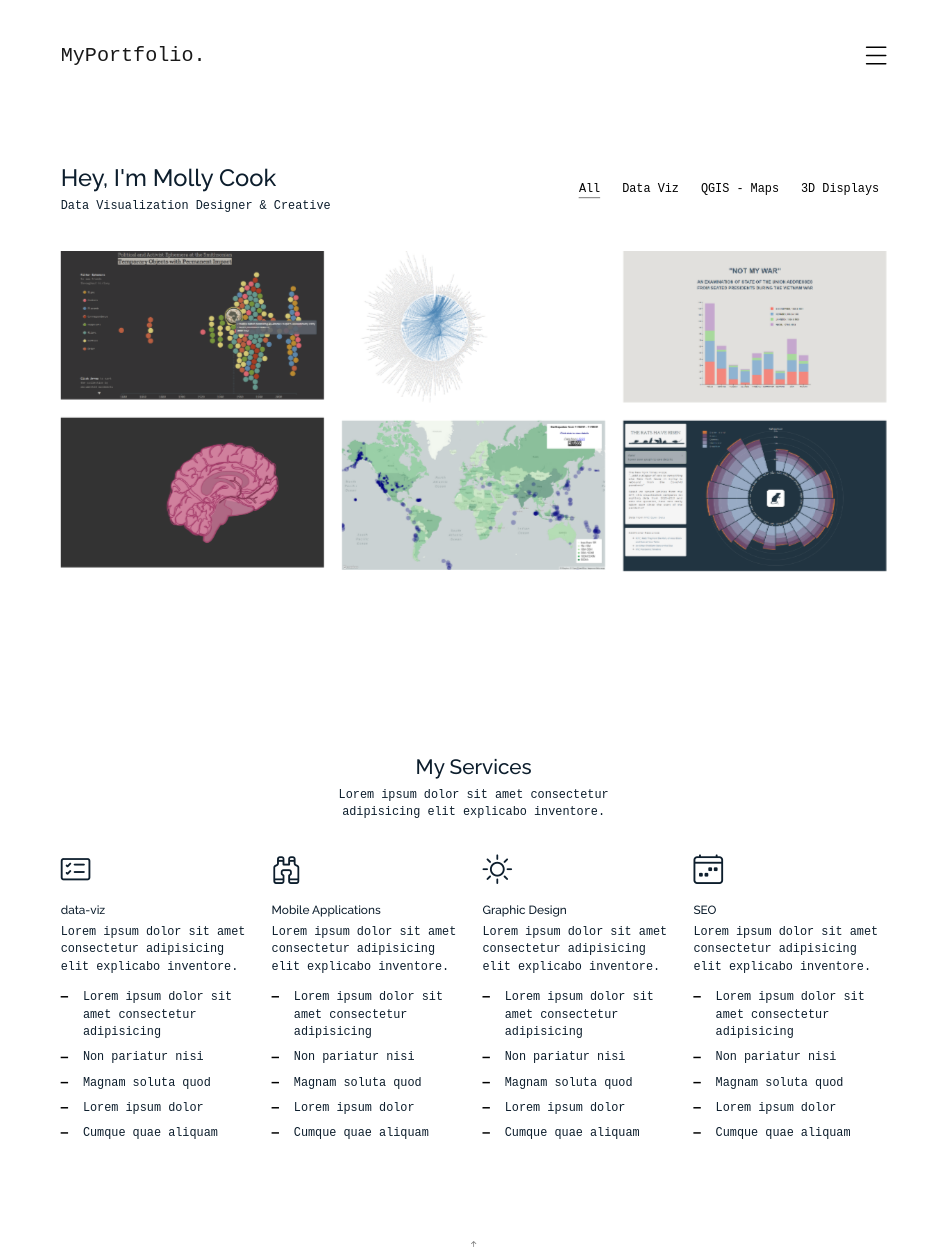
Repository: m0llyc00k/portfolio-2
Page: index.html
The author's editor kept a record of every edit. The page is drawn from the files as they stood at one moment, then again after the next edit.
The browser window is 1280 px wide. The pictures show the whole page, at 74% of full size.
Some web fonts or font styles are not loaded; a fallback is used.

Above is the page before.

### index.html
<!DOCTYPE html>
<html lang="en">

<head>
  <meta charset="utf-8">
  <meta content="width=device-width, initial-scale=1.0" name="viewport">

  <title>Molly Cook's Portfolio</title>
  <meta content="" name="description">
  <meta content="" name="keywords">

  <!-- Favicons -->
  <link href="assets/img/favicon.png" rel="icon">
  <link href="assets/img/apple-touch-icon.png" rel="apple-touch-icon">

  <!-- Google Fonts -->
  <link href="https://fonts.googleapis.com/css?family=https://fonts.googleapis.com/css?family=Inconsolata:400,500,600,700|Raleway:400,400i,500,500i,600,600i,700,700i" rel="stylesheet">

  <!-- Vendor CSS Files -->
  <link href="assets/vendor/aos/aos.css" rel="stylesheet">
  <link href="assets/vendor/bootstrap/css/bootstrap.min.css" rel="stylesheet">
  <link href="assets/vendor/bootstrap-icons/bootstrap-icons.css" rel="stylesheet">
  <link href="assets/vendor/swiper/swiper-bundle.min.css" rel="stylesheet">

  <!-- Template Main CSS File -->
  <link href="assets/css/style.css" rel="stylesheet">

  <!-- =======================================================
  * Template Name: MyPortfolio - v4.7.0
  * Template URL: https://bootstrapmade.com/myportfolio-bootstrap-portfolio-website-template/
  * Author: BootstrapMade.com
  * License: https://bootstrapmade.com/license/
  ======================================================== -->
</head>

<body>

  <!-- ======= Navbar ======= -->
  <div class="collapse navbar-collapse custom-navmenu" id="main-navbar">
    <div class="container py-2 py-md-5">
      <div class="row align-items-start">
        <div class="col-md-2">
          <ul class="custom-menu">
            <li class="active"><a href="index.html">Home</a></li>
            <li><a href="about.html">About Me</a></li>
            <li><a href="services.html">Services</a></li>
            <li><a href="works.html">Works</a></li>
            <li><a href="contact.html">Contact</a></li>
          </ul>
        </div>
        <div class="col-md-6 d-none d-md-block  mr-auto">
          <div class="tweet d-flex">
            <span class="bi bi-twitter text-white mt-2 mr-3"></span>
            <div>
              <p><em>Lorem ipsum dolor sit amet consectetur adipisicing elit. Quisquam necessitatibus incidunt ut officiis explicabo inventore. <br> <a href="#">t.co/v82jsk</a></em></p>
            </div>
          </div>
        </div>
        <div class="col-md-4 d-none d-md-block">
          <h3>Hire Me</h3>
          <p>Lorem ipsum dolor sit amet consectetur adipisicing elit. Quisquam necessitatibus incidunt ut officiisexplicabo inventore. <br> <a href="#">myemail@gmail.com</a></p>
        </div>
      </div>

    </div>
  </div>

  <nav class="navbar navbar-light custom-navbar">
    <div class="container">
      <a class="navbar-brand" href="index.html">MyPortfolio.</a>
      <a href="#" class="burger" data-bs-toggle="collapse" data-bs-target="#main-navbar">
        <span></span>
      </a>
    </div>
  </nav>

  <main id="main">

    <!-- ======= Works Section ======= -->
    <section class="section site-portfolio">
      <div class="container">
        <div class="row mb-5 align-items-center">
          <div class="col-md-12 col-lg-6 mb-4 mb-lg-0" data-aos="fade-up">
            <h2>Hey, I'm Molly Cook</h2>
            <p class="mb-0">Data Visualization Designer &amp; Creative</p>
          </div>
          <div class="col-md-12 col-lg-6 text-start text-lg-end" data-aos="fade-up" data-aos-delay="100">
            <div id="filters" class="filters">
              <a href="#" data-filter="*" class="active">All</a>
              <a href="#" data-filter=".data-viz">Data Viz</a>
              <a href="#" data-filter=".design">QGIS - Maps</a>
              <!--<a href="#" data-filter=".branding">Branding</a>-->
              <a href="#" data-filter=".photography">3D Displays</a>
            </div>
          </div>
        </div>

        <div id="portfolio-grid" class="row no-gutter" data-aos="fade-up" data-aos-delay="200">
          <div class="item data-viz col-sm-6 col-md-4 col-lg-4 mb-4">
            <a href="work-single-bubble.html" class="item-wrap fancybox">
              <div class="work-info">
                <h3>Temporary Objects with Permanent Impact: Ephemera at the Smithsonian</h3>
                <span>Data Viz</span>
              </div>
              <img class="img-fluid" src="assets/img/bubble-overview.png">
            </a>
          </div>
          <div class="item data-viz col-sm-6 col-md-4 col-lg-4 mb-4">
            <a href="work-single-chord.html" class="item-wrap fancybox">
              <div class="work-info">
                <h3>Titles and Topics: Ephemera at the Smithsonian</h3>
                <span>Data Viz</span>
              </div>
              <img class="img-fluid" src="assets/img/chord-overview.png">
            </a>
          </div>
          <div class="item data-viz col-sm-6 col-md-4 col-lg-4 mb-4">
            <a href="work-single-war.html" class="item-wrap fancybox">
              <div class="work-info">
                <h3>"Not My War"</h3>
                <span>Data Viz</span>
              </div>
              <img class="img-fluid" src="assets/img/war-overview.png">
            </a>
          </div>


          <div class="item data-viz col-sm-6 col-md-4 col-lg-4 mb-4">
            <a href="work-single-thesis.html" class="item-wrap fancybox">
              <div class="work-info">
                <h3>Thesis - Pain & The Morphine Molecule</h3>
                <span>Under Construction</span>
              </div>
              <img class="img-fluid" src="assets/img/brain.png">
            </a>
          </div>
                  <div class="item data-viz col-sm-6 col-md-4 col-lg-4 mb-4">
          <a href="work-single-rats.html" class="item-wrap fancybox">
            <div class="work-info">
              <h3>The Rats Have Risen</h3>
              <span>Data Viz</span>
            </div>
            <img class="img-fluid" src="assets/img/rats-overview.png">
          </a>
        </div>
        <div class="item data-viz col-sm-6 col-md-4 col-lg-4 mb-4">
          <a href="work-single-quake.html" class="item-wrap fancybox">
            <div class="work-info">
              <h3>Earthquakes, November 2021</h3>
              <span>Data Viz</span>
            </div>
            <img class="img-fluid" src="assets/img/earthquake-overview.png">
          </a>
        </div>
        </div>

      </div>

    </section><!-- End  Works Section -->


    <!-- ======= Services Section ======= -->
    <section class="section services">
      <div class="container">
        <div class="row justify-content-center text-center mb-4">
          <div class="col-5">
            <h3 class="h3 heading">My Services</h3>
            <p>Lorem ipsum dolor sit amet consectetur adipisicing elit explicabo inventore.</p>
          </div>
        </div>
        <div class="row">

          <div class="col-12 col-sm-6 col-md-6 col-lg-3">
            <i class="bi bi-card-checklist"></i>
            <h4 class="h4 mb-2">data-viz</h4>
            <p>Lorem ipsum dolor sit amet consectetur adipisicing elit explicabo inventore.</p>
            <ul class="list-unstyled list-line">
              <li>Lorem ipsum dolor sit amet consectetur adipisicing</li>
              <li>Non pariatur nisi</li>
              <li>Magnam soluta quod</li>
              <li>Lorem ipsum dolor</li>
              <li>Cumque quae aliquam</li>
            </ul>
          </div>
          <div class="col-12 col-sm-6 col-md-6 col-lg-3">
            <i class="bi bi-binoculars"></i>
            <h4 class="h4 mb-2">Mobile Applications</h4>
            <p>Lorem ipsum dolor sit amet consectetur adipisicing elit explicabo inventore.</p>
            <ul class="list-unstyled list-line">
              <li>Lorem ipsum dolor sit amet consectetur adipisicing</li>
              <li>Non pariatur nisi</li>
              <li>Magnam soluta quod</li>
              <li>Lorem ipsum dolor</li>
              <li>Cumque quae aliquam</li>
            </ul>
          </div>
          <div class="col-12 col-sm-6 col-md-6 col-lg-3">
            <i class="bi bi-brightness-high"></i>
            <h4 class="h4 mb-2">Graphic Design</h4>
            <p>Lorem ipsum dolor sit amet consectetur adipisicing elit explicabo inventore.</p>
            <ul class="list-unstyled list-line">
              <li>Lorem ipsum dolor sit amet consectetur adipisicing</li>
              <li>Non pariatur nisi</li>
              <li>Magnam soluta quod</li>
              <li>Lorem ipsum dolor</li>
              <li>Cumque quae aliquam</li>
            </ul>
          </div>
          <div class="col-12 col-sm-6 col-md-6 col-lg-3">
            <i class="bi bi-calendar4-week"></i>
            <h4 class="h4 mb-2">SEO</h4>
            <p>Lorem ipsum dolor sit amet consectetur adipisicing elit explicabo inventore.</p>
            <ul class="list-unstyled list-line">
              <li>Lorem ipsum dolor sit amet consectetur adipisicing</li>
              <li>Non pariatur nisi</li>
              <li>Magnam soluta quod</li>
              <li>Lorem ipsum dolor</li>
              <li>Cumque quae aliquam</li>
            </ul>
          </div>
        </div>
      </div>
    </section><!-- End Services Section -->



    <a href="#" class="back-to-top d-flex align-items-center justify-content-center"><i class="bi bi-arrow-up-short"></i></a>

    <!-- Vendor JS Files -->
    <script src="assets/vendor/aos/aos.js"></script>
    <script src="assets/vendor/bootstrap/js/bootstrap.bundle.min.js"></script>
    <script src="assets/vendor/isotope-layout/isotope.pkgd.min.js"></script>
    <script src="assets/vendor/swiper/swiper-bundle.min.js"></script>
    <script src="assets/vendor/php-email-form/validate.js"></script>

    <!-- Template Main JS File -->
    <script src="assets/js/main.js"></script>

</body>

</html>

### assets/css/style.css
/**
* Template Name: MyPortfolio - v4.7.0
* Template URL: https://bootstrapmade.com/myportfolio-bootstrap-portfolio-website-template/
* Author: BootstrapMade.com
* License: https://bootstrapmade.com/license/
*/

/*--------------------------------------------------------------
# General
--------------------------------------------------------------*/
body {
  font-family: "Inconsolata", monospace;
  color: #0d1e2d;
}

a {
  color: #777;
  text-decoration: none;
}

a:hover {
  color: #000;
}

h1, h2, h3, h4, h5, h6, .font-heading {
  font-family: "Raleway", sans-serif;
}

.section {
  padding: 7rem 0;
}

.filters a {
  text-decoration: none;
  color: #000;
  display: inline-block;
  padding-left: 10px;
  padding-right: 10px;
  position: relative;
}
.filters a:hover, .filters a:focus, .filters a:active {
  text-decoration: none;
}
.filters a:hover:before {
  content: "";
  position: absolute;
  left: 10px;
  right: 10px;
  bottom: 0;
  height: 1px;
  background-color: #000;
}
.filters a.active {
  color: #000;
}
.filters a.active:before {
  content: "";
  position: absolute;
  left: 10px;
  right: 10px;
  bottom: 0;
  height: 1px;
  background-color: #000;
}

.item {
  border: none;
  margin-bottom: 30px;
}
.item .item-wrap {
  display: block;
  position: relative;
  overflow: hidden;
}
.item .item-wrap:after {
  z-index: 2;
  position: absolute;
  content: "";
  top: 0;
  left: 0;
  right: 0;
  bottom: 0;
  background: rgba(0, 0, 0, 0.4);
  visibility: hidden;
  opacity: 0;
  transition: 0.3s all ease-in-out;
}
.item .item-wrap img {
  transition: 0.3s transform ease;
  transform: scale(1);
}
.item .item-wrap > .work-info {
  position: absolute;
  top: 50%;
  width: 100%;
  text-align: center;
  z-index: 3;
  transform: translateY(-50%);
  color: #fff;
  opacity: 0;
  visibility: hidden;
  margin-top: 20px;
  transition: 0.3s all ease;
}
.item .item-wrap > .work-info h3 {
  font-size: 20px;
  margin-bottom: 0;
}
.item .item-wrap > .work-info span {
  font-size: 14px;
  text-transform: uppercase;
  letter-spacing: 0.2rem;
}
.item .item-wrap:hover {
  text-decoration: none;
}
.item .item-wrap:hover img {
  transform: scale(1.05);
}
.item .item-wrap:hover:after {
  opacity: 1;
  visibility: visible;
}
.item .item-wrap:hover .work-info {
  margin-top: 0px;
  opacity: 1;
  visibility: visible;
}

.testimonial-wrap {
  padding: 50px 50px 80px 50px;
  background: #eceff2;
}
.testimonial-wrap .testimonial {
  text-align: center;
  max-width: 500px;
  margin: 0 auto;
}
.testimonial-wrap .testimonial img {
  border-radius: 50%;
  width: 120px;
  margin: 0 auto 30px auto;
}
.testimonial-wrap .testimonial blockquote p {
  font-size: 20px;
}

.h3 {
  font-size: 20px;
}

.h4 {
  font-size: 16px;
}

.heading {
  font-size: 28px;
}

.readmore {
  display: inline-block;
  border: 1px solid #000;
  padding: 10px 15px;
  font-size: 12px;
  text-transform: uppercase;
  color: #000;
  transition: 0.2s all ease;
  font-weight: 700;
}
.readmore:active, .readmore:focus, .readmore:hover {
  outline: none;
}
.readmore:hover {
  color: #fff;
  text-decoration: none;
  background: #000;
}

.testimonials-slider .swiper-pagination {
  margin-top: -60px;
  position: relative;
}
.testimonials-slider .swiper-pagination .swiper-pagination-bullet {
  width: 12px;
  height: 12px;
  background-color: rgba(13, 30, 45, 0.3);
  opacity: 1;
}
.testimonials-slider .swiper-pagination .swiper-pagination-bullet-active {
  background-color: rgba(13, 30, 45, 0.6);
}

.sticky-content {
  position: sticky;
  position: -webkit-sticky;
  top: 0;
  /* required */
}

.list-line li {
  margin-bottom: 10px;
  position: relative;
  padding-left: 30px;
}
.list-line li:before {
  content: "";
  position: absolute;
  left: 0;
  top: 0.7rem;
  width: 10px;
  height: 2px;
  background: #000;
}

.form-control {
  border-radius: 0;
  background: #f8f9fa;
  border: 1px solid transparent;
  padding-top: 10px !important;
  padding-bottom: 10px !important;
}
.form-control:active, .form-control:focus {
  background: #eff1f4;
  outline: none;
  box-shadow: none;
  border: 1px solid transparent;
}

.custom-progress {
  height: 7px;
  border-radius: 0;
}
.custom-progress .progress-bar {
  background: #000;
}

/* Services */
.services i {
  font-size: 40px;
}
.services h4 {
  padding-top: 10px;
}

/* Contact Form */
.php-email-form .error-message {
  display: none;
  color: #fff;
  background: #ed3c0d;
  text-align: left;
  padding: 15px;
  font-weight: 600;
}
.php-email-form .error-message br + br {
  margin-top: 25px;
}
.php-email-form .sent-message {
  display: none;
  color: #fff;
  background: #18d26e;
  text-align: center;
  padding: 15px;
  font-weight: 600;
}
.php-email-form .loading {
  display: none;
  background: #fff;
  text-align: center;
  padding: 15px;
}
.php-email-form .loading:before {
  content: "";
  display: inline-block;
  border-radius: 50%;
  width: 24px;
  height: 24px;
  margin: 0 10px -6px 0;
  border: 3px solid #18d26e;
  border-top-color: #eee;
  -webkit-animation: animate-loading 1s linear infinite;
  animation: animate-loading 1s linear infinite;
}

@-webkit-keyframes animate-loading {
  0% {
    transform: rotate(0deg);
  }
  100% {
    transform: rotate(360deg);
  }
}

@keyframes animate-loading {
  0% {
    transform: rotate(0deg);
  }
  100% {
    transform: rotate(360deg);
  }
}
/*--------------------------------------------------------------
# Header
--------------------------------------------------------------*/
/* Custom Navmenu */
.custom-navmenu {
  background: #0d1e2d;
}
.custom-navmenu .custom-menu, .custom-navmenu .custom-menu li {
  padding: 0;
  margin: 0;
  list-style: none;
}
.custom-navmenu .custom-menu li {
  margin-bottom: 0;
  font-size: 20px;
}
.custom-navmenu .custom-menu li a {
  color: #fff;
  padding: 10px 0 !important;
}
.custom-navmenu .custom-menu li a:hover {
  text-decoration: none;
}
.custom-navmenu .custom-menu li.active a {
  text-decoration: underline;
}
.custom-navmenu h3 {
  font-size: 20px;
  color: #fff;
}
.custom-navmenu p {
  color: rgba(255, 255, 255, 0.6);
}
.custom-navmenu a {
  color: rgba(255, 255, 255, 0.7);
}
.custom-navmenu a:hover {
  color: #fff;
}

/* Custom Navbar */
.custom-navbar {
  padding-top: 50px;
  width: 100%;
}
@media (max-width: 780px) {
  .custom-navbar > .container {
    padding-right: 0;
    padding-left: 0;
  }
}
.custom-navbar .navbar-brand {
  font-size: 1.7rem;
}

/* Burger */
.burger {
  width: 28px;
  height: 32px;
  cursor: pointer;
  position: relative;
}

.burger:before, .burger span, .burger:after {
  width: 100%;
  height: 2px;
  display: block;
  background: #000;
  border-radius: 2px;
  position: absolute;
  opacity: 1;
}

.burger:before, .burger:after {
  transition: top 0.35s cubic-bezier(0.23, 1, 0.32, 1), transform 0.35s cubic-bezier(0.23, 1, 0.32, 1), opacity 0.35s cubic-bezier(0.23, 1, 0.32, 1), background-color 1.15s cubic-bezier(0.86, 0, 0.07, 1);
  -webkit-transition: top 0.35s cubic-bezier(0.23, 1, 0.32, 1), -webkit-transform 0.35s cubic-bezier(0.23, 1, 0.32, 1), opacity 0.35s cubic-bezier(0.23, 1, 0.32, 1), background-color 1.15s cubic-bezier(0.86, 0, 0.07, 1);
  content: "";
}

.burger:before {
  top: 4px;
}

.burger span {
  top: 15px;
}

.burger:after {
  top: 26px;
}

/* Hover */
.burger:hover:before {
  top: 7px;
}

.burger:hover:after {
  top: 23px;
}

/* Click */
.burger.active span {
  opacity: 0;
}

.burger.active:before, .burger.active:after {
  top: 40%;
}

.burger.active:before {
  transform: rotate(45deg);
}

.burger.active:after {
  transform: rotate(-45deg);
}

.burger:focus {
  outline: none;
}

/*--------------------------------------------------------------
# Footer
--------------------------------------------------------------*/
.footer {
  padding: 0 0 4rem 0;
}
.footer a {
  color: #000;
}

.social a {
  display: inline-block;
  width: 50px;
  height: 50px;
  border-radius: 50%;
  background: #f8f9fa;
  position: relative;
  text-align: center;
  color: #0d1e2d;
}
.social a span {
  display: inline-block;
  left: 50%;
  position: absolute;
  top: 50%;
  transform: translate(-50%, -50%);
}
.social a:hover {
  color: #000;
}

Loaded but not shown: assets/vendor/aos/aos.css (library); assets/vendor/bootstrap/css/bootstrap.min.css (library); assets/vendor/bootstrap-icons/bootstrap-icons.css (library); assets/vendor/swiper/swiper-bundle.min.css (library); assets/vendor/aos/aos.js (library); assets/vendor/bootstrap/js/bootstrap.bundle.min.js (library); assets/vendor/isotope-layout/isotope.pkgd.min.js (library); assets/vendor/swiper/swiper-bundle.min.js (library); assets/vendor/php-email-form/validate.js (common file); assets/js/main.js (111 lines, source omitted)

After the next edit:
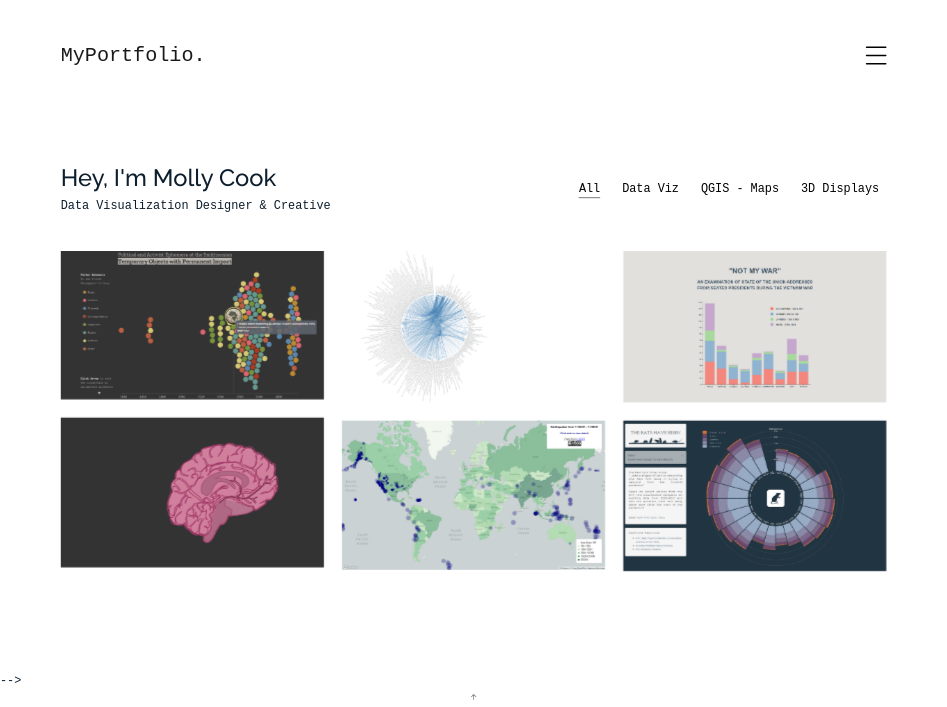
The edit:
--- a/index.html
+++ b/index.html
@@ -160,67 +160,67 @@
 
 
     <!-- ======= Services Section ======= -->
-    <section class="section services">
-      <div class="container">
-        <div class="row justify-content-center text-center mb-4">
-          <div class="col-5">
-            <h3 class="h3 heading">My Services</h3>
-            <p>Lorem ipsum dolor sit amet consectetur adipisicing elit explicabo inventore.</p>
-          </div>
-        </div>
-        <div class="row">
-
-          <div class="col-12 col-sm-6 col-md-6 col-lg-3">
-            <i class="bi bi-card-checklist"></i>
-            <h4 class="h4 mb-2">data-viz</h4>
-            <p>Lorem ipsum dolor sit amet consectetur adipisicing elit explicabo inventore.</p>
-            <ul class="list-unstyled list-line">
-              <li>Lorem ipsum dolor sit amet consectetur adipisicing</li>
-              <li>Non pariatur nisi</li>
-              <li>Magnam soluta quod</li>
-              <li>Lorem ipsum dolor</li>
-              <li>Cumque quae aliquam</li>
-            </ul>
-          </div>
-          <div class="col-12 col-sm-6 col-md-6 col-lg-3">
-            <i class="bi bi-binoculars"></i>
-            <h4 class="h4 mb-2">Mobile Applications</h4>
-            <p>Lorem ipsum dolor sit amet consectetur adipisicing elit explicabo inventore.</p>
-            <ul class="list-unstyled list-line">
-              <li>Lorem ipsum dolor sit amet consectetur adipisicing</li>
-              <li>Non pariatur nisi</li>
-              <li>Magnam soluta quod</li>
-              <li>Lorem ipsum dolor</li>
-              <li>Cumque quae aliquam</li>
-            </ul>
-          </div>
-          <div class="col-12 col-sm-6 col-md-6 col-lg-3">
-            <i class="bi bi-brightness-high"></i>
-            <h4 class="h4 mb-2">Graphic Design</h4>
-            <p>Lorem ipsum dolor sit amet consectetur adipisicing elit explicabo inventore.</p>
-            <ul class="list-unstyled list-line">
-              <li>Lorem ipsum dolor sit amet consectetur adipisicing</li>
-              <li>Non pariatur nisi</li>
-              <li>Magnam soluta quod</li>
-              <li>Lorem ipsum dolor</li>
-              <li>Cumque quae aliquam</li>
-            </ul>
-          </div>
-          <div class="col-12 col-sm-6 col-md-6 col-lg-3">
-            <i class="bi bi-calendar4-week"></i>
-            <h4 class="h4 mb-2">SEO</h4>
-            <p>Lorem ipsum dolor sit amet consectetur adipisicing elit explicabo inventore.</p>
-            <ul class="list-unstyled list-line">
-              <li>Lorem ipsum dolor sit amet consectetur adipisicing</li>
-              <li>Non pariatur nisi</li>
-              <li>Magnam soluta quod</li>
-              <li>Lorem ipsum dolor</li>
-              <li>Cumque quae aliquam</li>
-            </ul>
-          </div>
-        </div>
-      </div>
-    </section><!-- End Services Section -->
+    <!--<section class="section services">-->
+    <!--  <div class="container">-->
+    <!--    <div class="row justify-content-center text-center mb-4">-->
+    <!--      <div class="col-5">-->
+    <!--        <h3 class="h3 heading">My Services</h3>-->
+    <!--        <p>Lorem ipsum dolor sit amet consectetur adipisicing elit explicabo inventore.</p>-->
+    <!--      </div>-->
+    <!--    </div>-->
+    <!--    <div class="row">-->
+
+    <!--      <div class="col-12 col-sm-6 col-md-6 col-lg-3">-->
+    <!--        <i class="bi bi-card-checklist"></i>-->
+    <!--        <h4 class="h4 mb-2">data-viz</h4>-->
+    <!--        <p>Lorem ipsum dolor sit amet consectetur adipisicing elit explicabo inventore.</p>-->
+    <!--        <ul class="list-unstyled list-line">-->
+    <!--          <li>Lorem ipsum dolor sit amet consectetur adipisicing</li>-->
+    <!--          <li>Non pariatur nisi</li>-->
+    <!--          <li>Magnam soluta quod</li>-->
+    <!--          <li>Lorem ipsum dolor</li>-->
+    <!--          <li>Cumque quae aliquam</li>-->
+    <!--        </ul>-->
+    <!--      </div>-->
+    <!--      <div class="col-12 col-sm-6 col-md-6 col-lg-3">-->
+    <!--        <i class="bi bi-binoculars"></i>-->
+    <!--        <h4 class="h4 mb-2">Mobile Applications</h4>-->
+    <!--        <p>Lorem ipsum dolor sit amet consectetur adipisicing elit explicabo inventore.</p>-->
+    <!--        <ul class="list-unstyled list-line">-->
+    <!--          <li>Lorem ipsum dolor sit amet consectetur adipisicing</li>-->
+    <!--          <li>Non pariatur nisi</li>-->
+    <!--          <li>Magnam soluta quod</li>-->
+    <!--          <li>Lorem ipsum dolor</li>-->
+    <!--          <li>Cumque quae aliquam</li>-->
+    <!--        </ul>-->
+    <!--      </div>-->
+    <!--      <div class="col-12 col-sm-6 col-md-6 col-lg-3">-->
+    <!--        <i class="bi bi-brightness-high"></i>-->
+    <!--        <h4 class="h4 mb-2">Graphic Design</h4>-->
+    <!--        <p>Lorem ipsum dolor sit amet consectetur adipisicing elit explicabo inventore.</p>-->
+    <!--        <ul class="list-unstyled list-line">-->
+    <!--          <li>Lorem ipsum dolor sit amet consectetur adipisicing</li>-->
+    <!--          <li>Non pariatur nisi</li>-->
+    <!--          <li>Magnam soluta quod</li>-->
+    <!--          <li>Lorem ipsum dolor</li>-->
+    <!--          <li>Cumque quae aliquam</li>-->
+    <!--        </ul>-->
+    <!--      </div>-->
+    <!--      <div class="col-12 col-sm-6 col-md-6 col-lg-3">-->
+    <!--        <i class="bi bi-calendar4-week"></i>-->
+    <!--        <h4 class="h4 mb-2">SEO</h4>-->
+    <!--        <p>Lorem ipsum dolor sit amet consectetur adipisicing elit explicabo inventore.</p>-->
+    <!--        <ul class="list-unstyled list-line">-->
+    <!--          <li>Lorem ipsum dolor sit amet consectetur adipisicing</li>-->
+    <!--          <li>Non pariatur nisi</li>-->
+    <!--          <li>Magnam soluta quod</li>-->
+    <!--          <li>Lorem ipsum dolor</li>-->
+    <!--          <li>Cumque quae aliquam</li>-->
+    <!--        </ul>-->
+    <!--      </div>-->
+    <!--    </div>-->
+    <!--  </div>-->
+    <!--</section><!-- End Services Section -->-->
 
 
 
